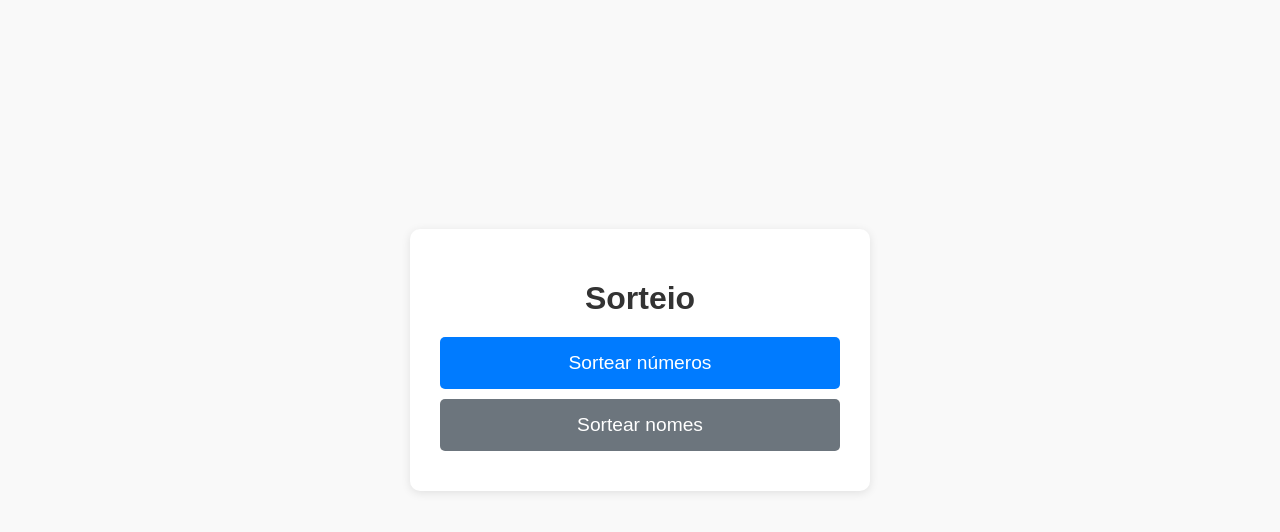
Repository: Matheus904-12/sorte
Page: index.html
An editor plug-in stored every save of this project. The page is shown before and after the next save, followed by the edit.
The browser window is 1280 px wide. The pictures show the whole page.

Above is the page before, as saved 2023-09-10 19:13:28.

### index.html
<!DOCTYPE html>
<html lang="pt-br">
<head>
  <meta charset="UTF-8">
  <title>Sorteio</title>
  <link rel="stylesheet" href="style.css">
<script> src="main.js" </script>
</head>
<body>
  <div class="container">
    <h1>Sorteio</h1>
    <div class="options">
      <a href="sorteio-numeros.html" class="option">Sortear números</a>
      <a href="sorteio-nomes.html" class="option">Sortear nomes</a>
    </div>
  </div>
</body>
</html>

### style.css
body {
  font-family: 'Arial', sans-serif;
  background-color: #f9f9f9;
  margin: 0;
  display: flex;
  justify-content: center;
  align-items: center;
  height: 100vh;
}

.container {
  background-color: #fff;
  border-radius: 10px;
  box-shadow: 0 2px 10px rgba(0, 0, 0, 0.1);
  padding: 30px;
  max-width: 400px;
  width: 100%;
  text-align: center;
}

h1 {
  font-size: 2em;
  margin-bottom: 20px;
  color: #333;
}

.options a {
  display: block;
  text-decoration: none;
  margin: 10px 0;
  padding: 15px 0;
  border-radius: 5px;
  background-color: #007bff;
  color: #fff;
  font-size: 1.2em;
  transition: background-color 0.3s;
}

.options a:hover {
  background-color: #0056b3;
}

.options a:last-child {
  background-color: #6c757d;
}

.options a:last-child:hover {
  background-color: #545b62;
}

a.btn-secondary {
  color: #fff;
  border: none;
  background-color: #6c757d;
  border-radius: 5px;
  text-decoration: none;
  font-size: 1.2em;
  padding: 10px 20px;
  transition: background-color 0.3s;
}

a.btn-secondary:hover {
  background-color: #545b62;
}

After the next save:
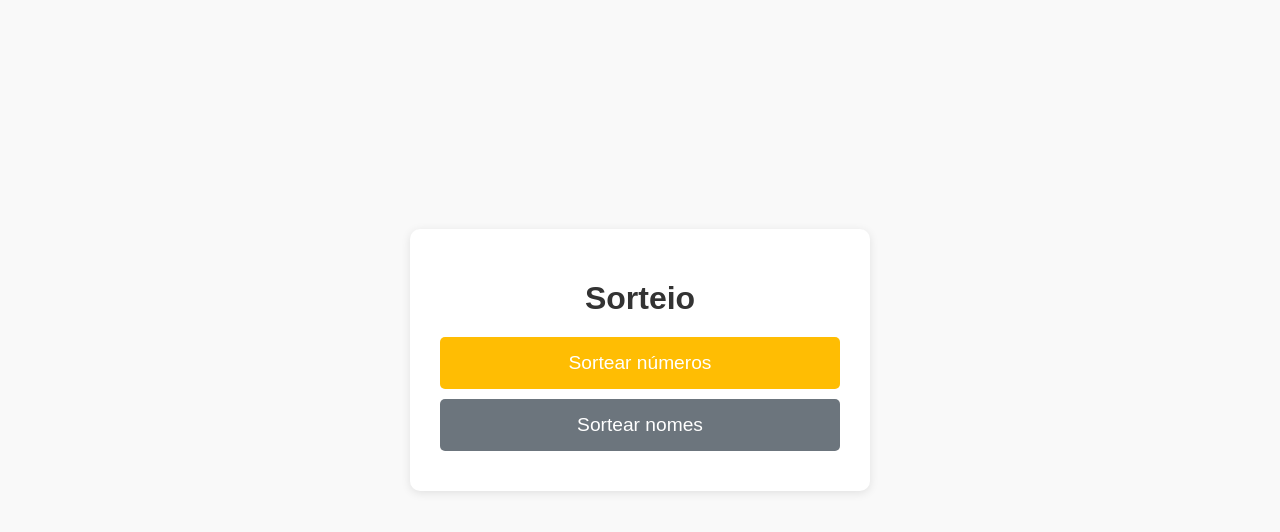
Saved 4 min 2 s later.
--- a/style.css
+++ b/style.css
@@ -30,7 +30,7 @@ h1 {
   margin: 10px 0;
   padding: 15px 0;
   border-radius: 5px;
-  background-color: #007bff;
+  background-color: #ffbd03;
   color: #fff;
   font-size: 1.2em;
   transition: background-color 0.3s;
